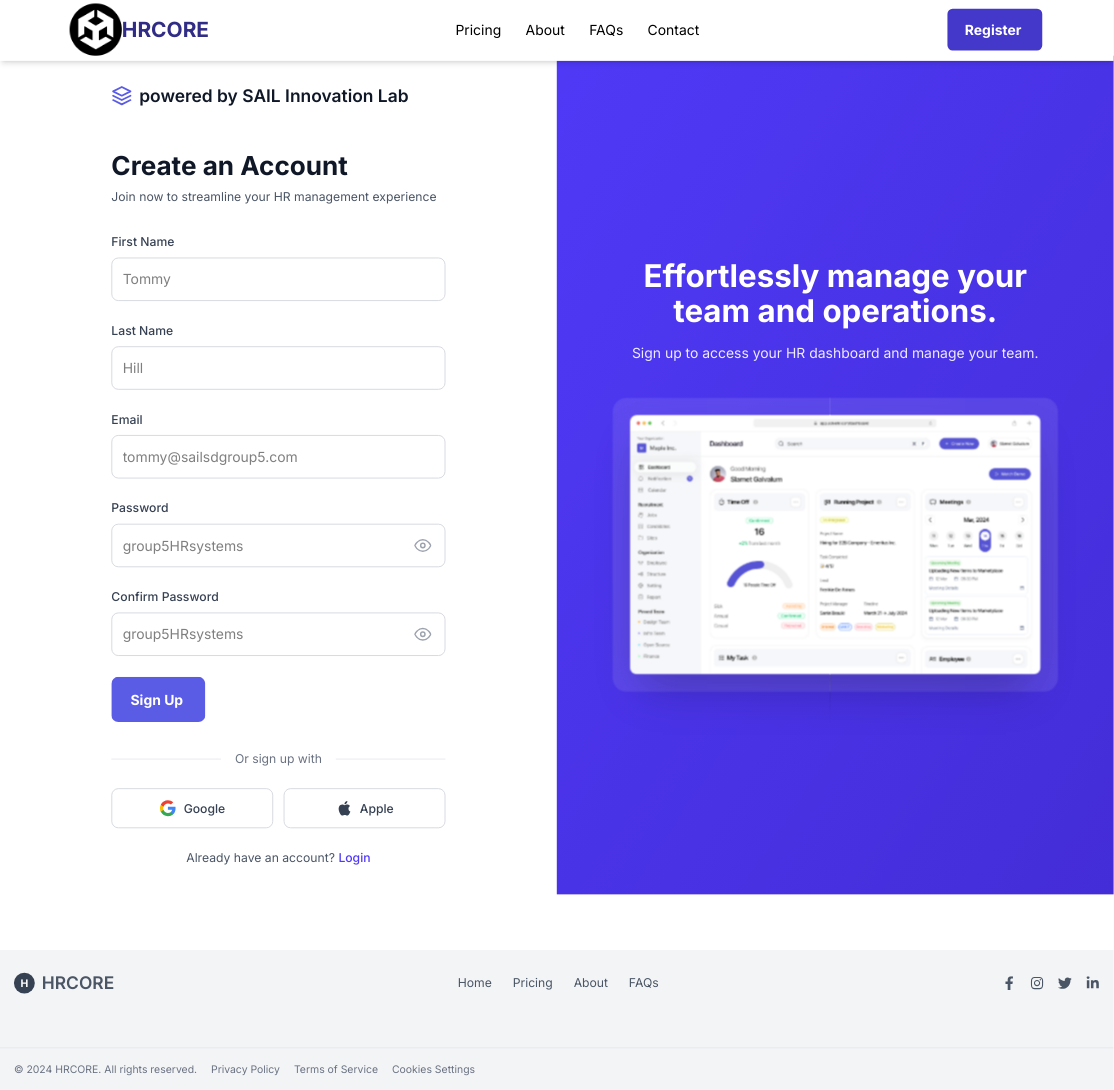
Repository: SAIL-GROUP-5-HR-WEB-APP/HR-WEB
Page: /signup
The author's editor kept a copy of each file at every save. The page is drawn from the files as they stood at one save, then again after the next save.
The browser window is 1280 px wide. The pictures show the whole page, at 87% of full size.
The project was rebuilt for these pictures with package versions that can differ from the ones it lists, and the page was loaded fresh each time. Also part of the build but not shown: vite.config.ts, src/Components/Block/home/Hero.tsx, src/Components/Block/home/Companies.tsx, src/Components/Block/home/Body.tsx, src/Components/Block/home/HowItWorks.tsx, src/Components/Block/home/HowOne.tsx, src/Components/Block/home/HowTwo.tsx, src/Components/Block/home/Testimonial.tsx and 8 more.

Above is the page before, as saved 2025-08-09 17:33:16.

After the next save:
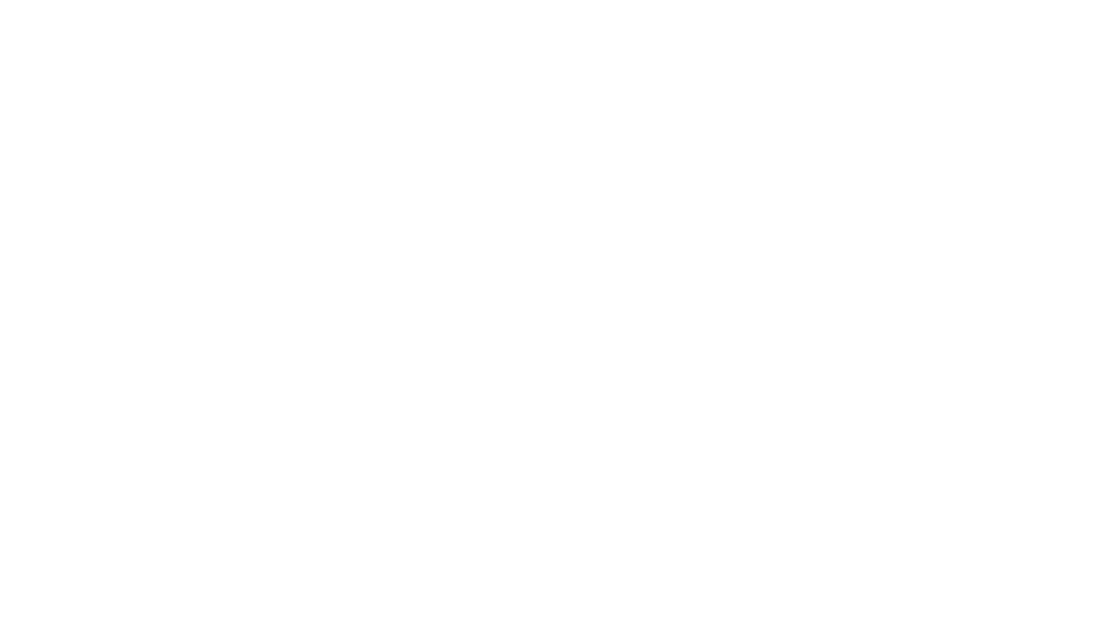
Console error: ReferenceError: Logo is not defined
Saved 5 min 32 s later.
--- a/src/Pages/SignupPage.tsx
+++ b/src/Pages/SignupPage.tsx
@@ -1,5 +1,5 @@
 import React, { useState } from 'react';
-import Logo from '../Components/Reuseable/Logo';
+// import Logo from '../Components/Reuseable/Logo';
 import PasswordInput from '../Components/Reuseable/PasswordInput';
 import SocialButton from '../Components/Reuseable/SocialButton';
 import Button from '../Components/Reuseable/Button';

After the save that followed:
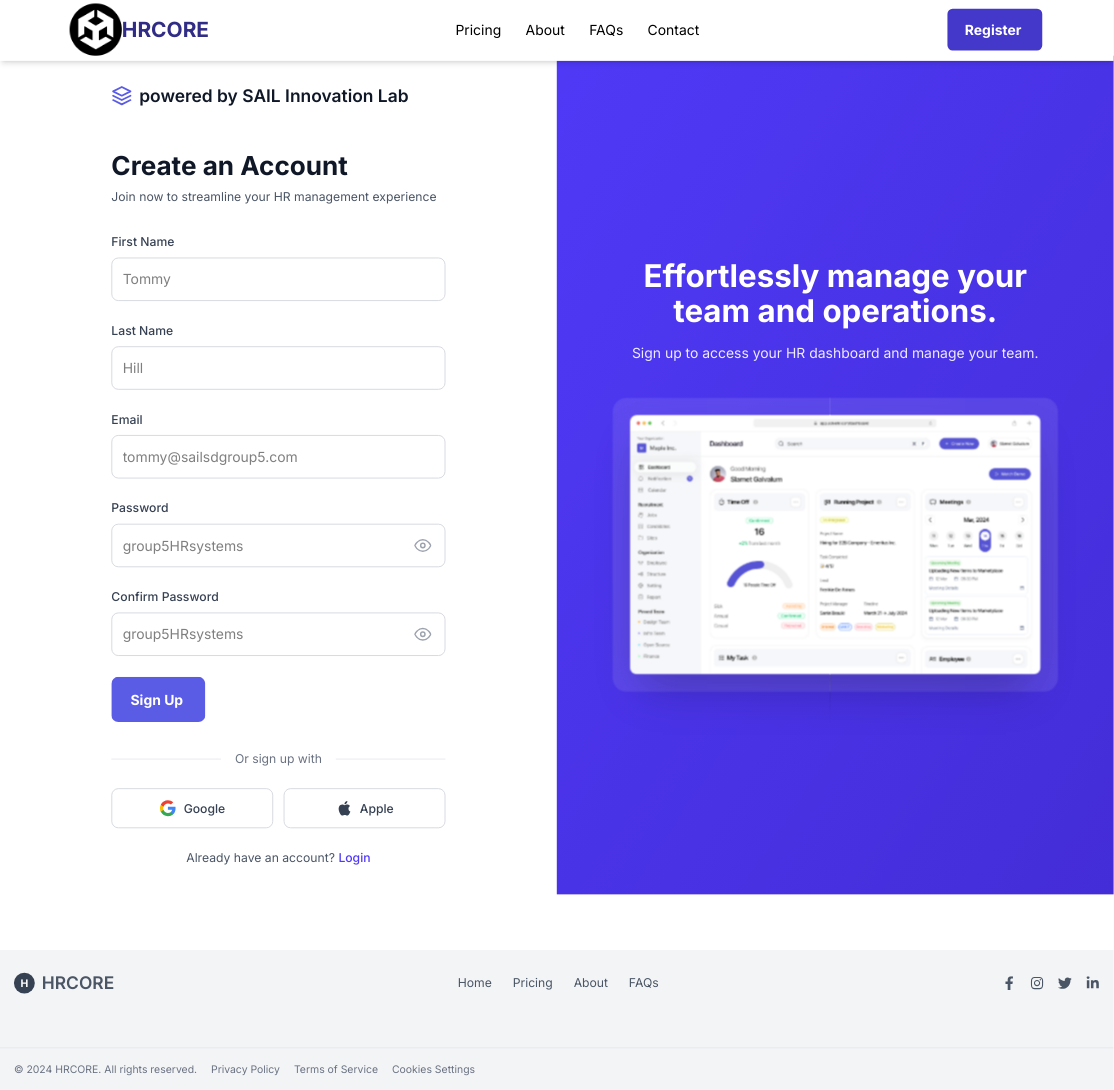
The error is gone.
Saved 17 s later.
--- a/src/Pages/SignupPage.tsx
+++ b/src/Pages/SignupPage.tsx
@@ -1,5 +1,5 @@
 import React, { useState } from 'react';
-// import Logo from '../Components/Reuseable/Logo';
+import Logo from '../Components/Reuseable/Logo';
 import PasswordInput from '../Components/Reuseable/PasswordInput';
 import SocialButton from '../Components/Reuseable/SocialButton';
 import Button from '../Components/Reuseable/Button';
